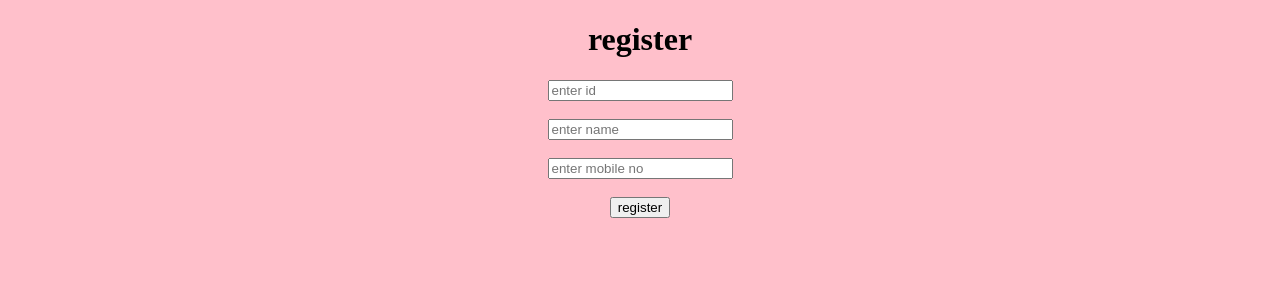
Repository: bpgujjari/Java-Logics
Page: conditional and looping programs/RathanSir/DBConApp/src/main/webapp/register.html
An editor plug-in stored every save of this project. The page is shown before and after the next save, followed by the edit.
The browser window is 1280 px wide. The pictures show the whole page.

Above is the page before, as saved 2023-03-12 09:44:03.

After the next save:
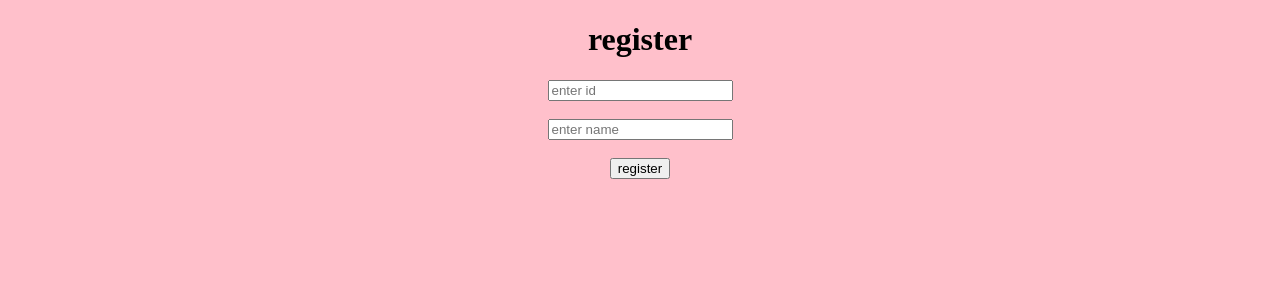
Saved 59 s later.
--- a/conditional and looping programs/RathanSir/DBConApp/src/main/webapp/register.html
+++ b/conditional and looping programs/RathanSir/DBConApp/src/main/webapp/register.html
@@ -5,7 +5,6 @@
 <h1>register</h1>
 <input type="number" name="id" placeholder="enter id"><br><br>
 <input type="text" name="name" placeholder="enter name"><br><br>
-<input type="number" name="number" placeholder="enter mobile no"><br><br>
 <input type="submit" value="register">
 </form>
 </body>
